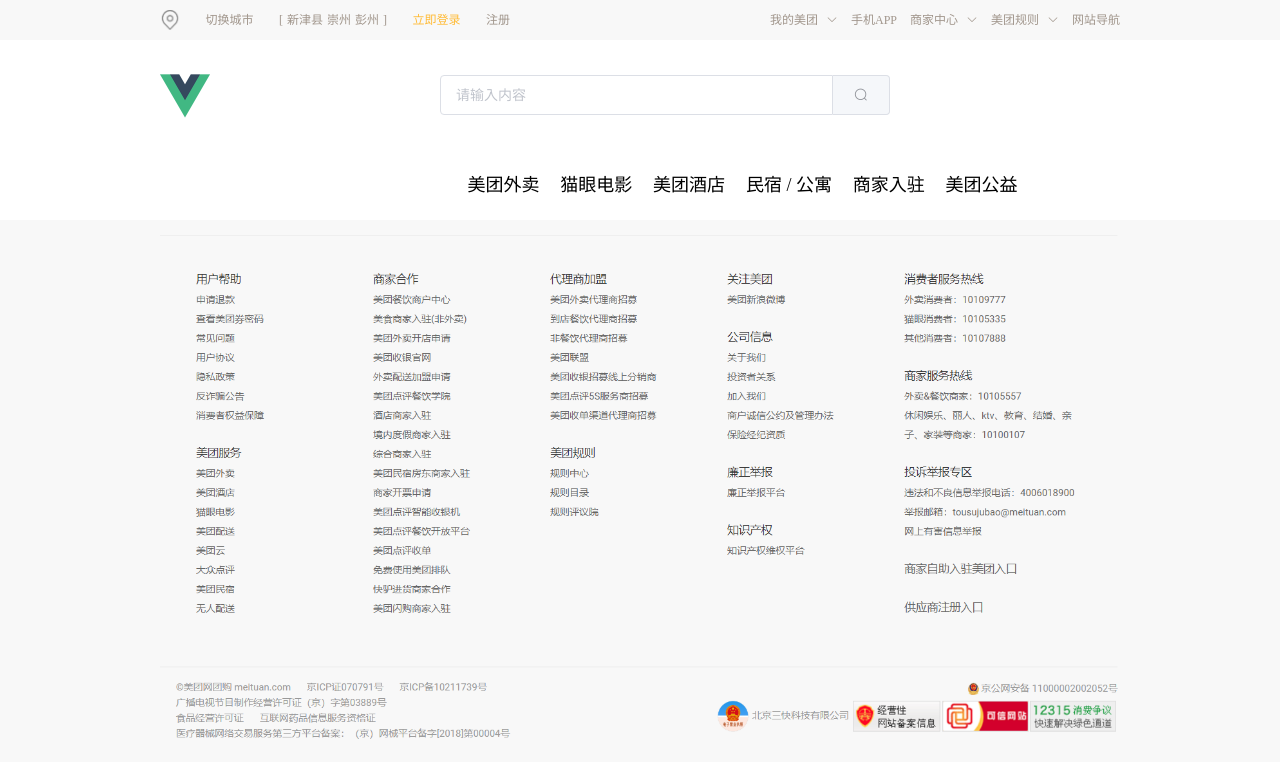
Repository: Wu-Tong-Xian/EasyMeituan
Page: /citySelection
An editor plug-in stored every save of this project. The page is shown before and after the next save, followed by the edit.
The browser window is 1280 px wide. The pictures show the whole page.
The page's requests for data from a server got no answer. The project was rebuilt for these pictures with package versions that can differ from the ones it lists, and the page was loaded fresh each time. No one was signed in, and anything a server would have sent is missing. Also part of the build but not shown: vue.config.js, src/components/home/sortingRotations.vue, src/components/home/stylish.vue, src/views/Home.vue.

Above is the page before, as saved 2020-08-25 10:09:20.

After the next save:
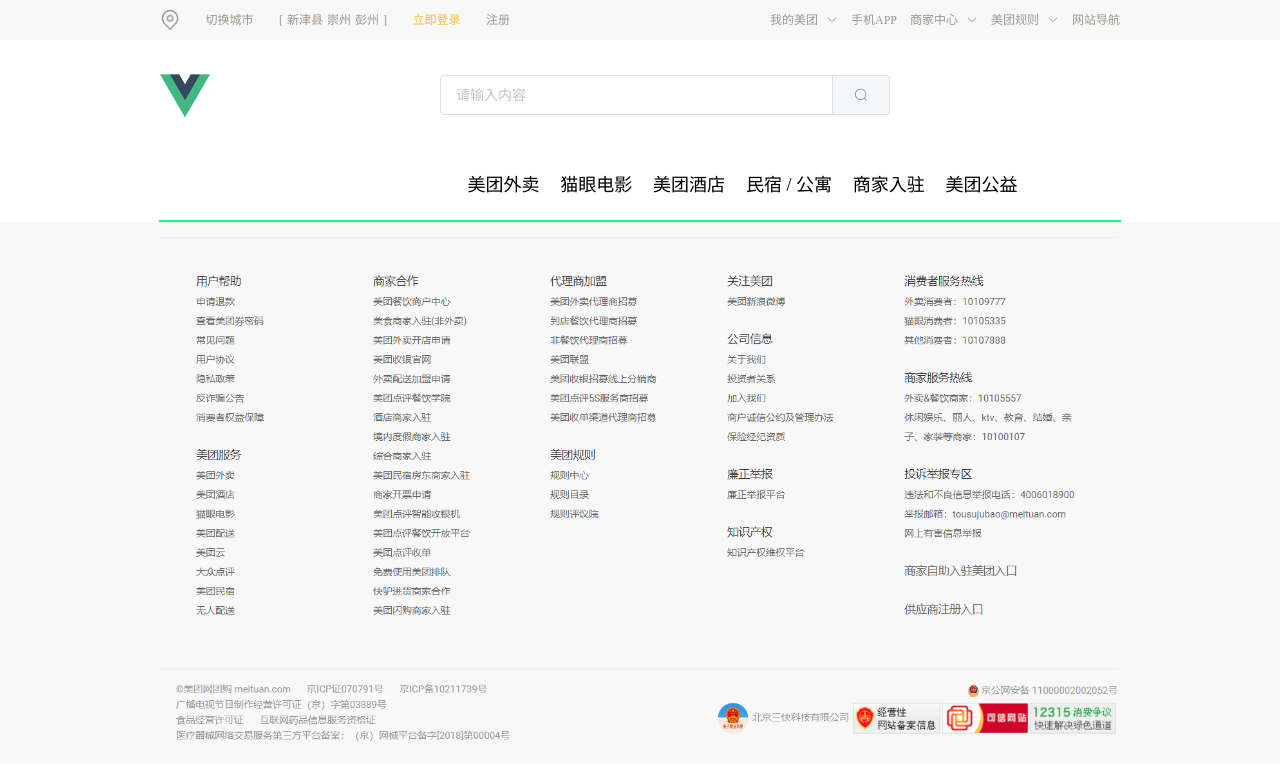
Saved 22 s later.
--- a/src/views/citySelection/citySelection.vue
+++ b/src/views/citySelection/citySelection.vue
@@ -37,5 +37,7 @@
 .w960 {
   width: 960px;
   margin: 0 auto;
+  background: white;
+  border: 1px solid springgreen;
 }
 </style>
